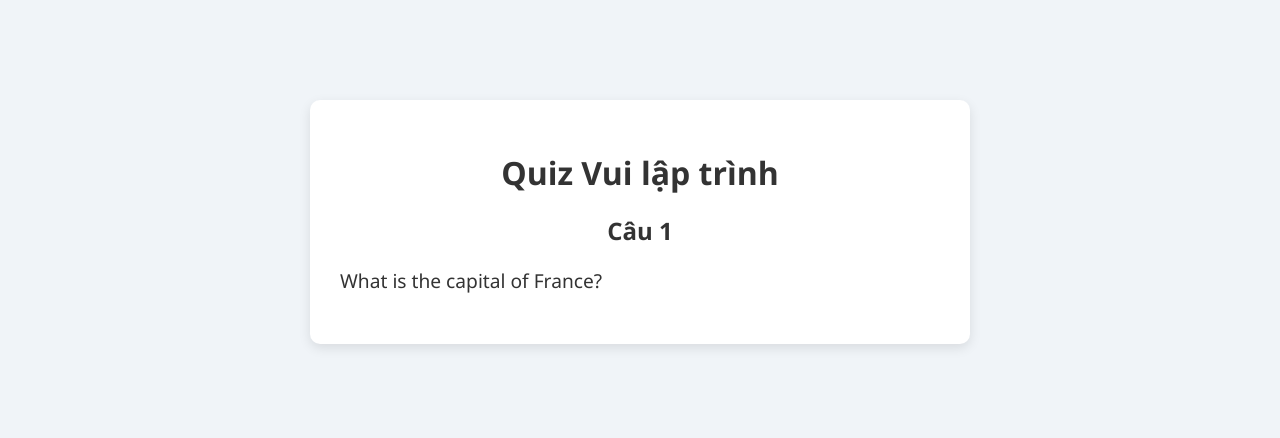
Repository: HuynhPPP/Quiz_App
Page: /
An editor plug-in stored every save of this project. The page is shown before and after the next save, followed by the edit.
The browser window is 1280 px wide. The pictures show the whole page.
The project was rebuilt for these pictures with package versions that can differ from the ones it lists, and the page was loaded fresh each time. Also part of the build but not shown: vite.config.js.

Above is the page before, as saved 2025-09-26 14:31:02.

After the next save:
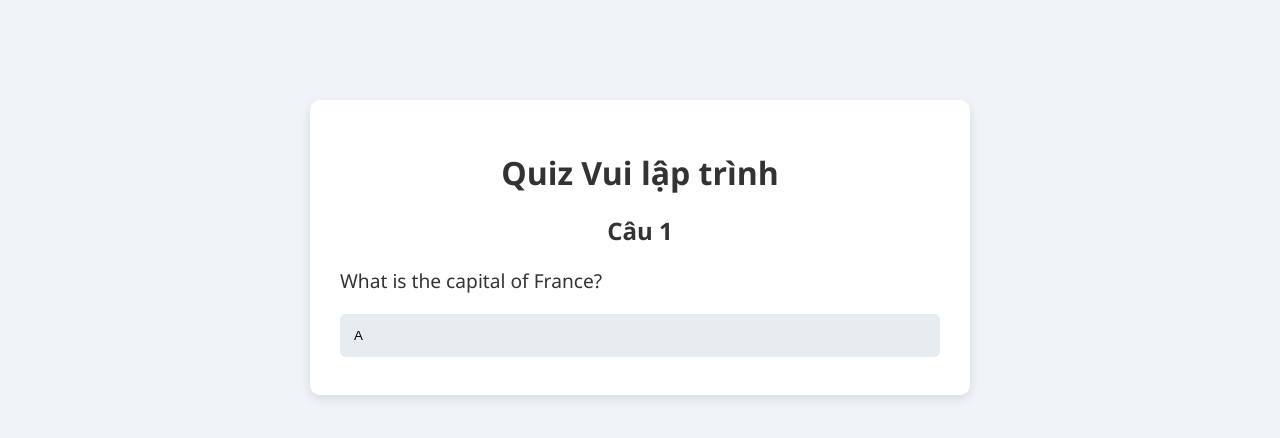
Saved 21 s later.
--- a/src/components/Quiz.jsx
+++ b/src/components/Quiz.jsx
@@ -34,6 +34,7 @@ const Quiz = () => {
     <div>
         <h2>Câu 1</h2>
         <p className='question'>{quizData[0].question}</p>
+        <button className='option'>A</button>
     </div>
   )
 }
